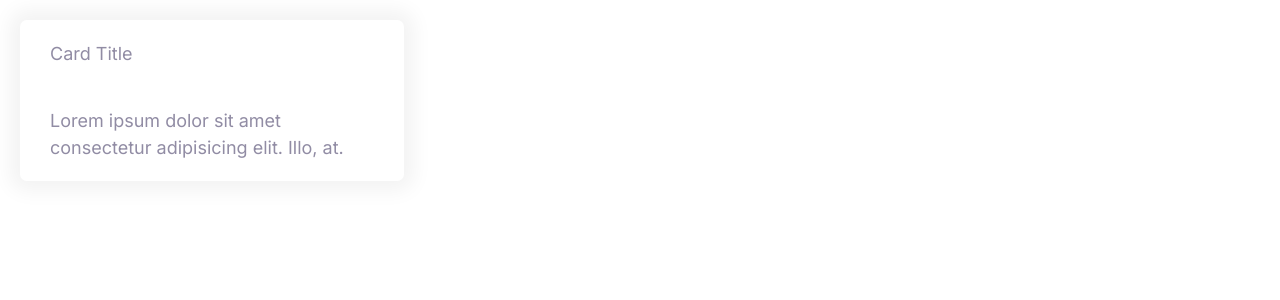
Repository: Qiwenweiii/CodeWithMosh
Page: index.html
These files come from the project's save history. The page is drawn as it stood at one moment and after the next save; the edit follows.
The browser window is 1280 px wide. The pictures show the whole page.

Above is the page before, as saved 2021-11-11 21:55:25.

After the next save:
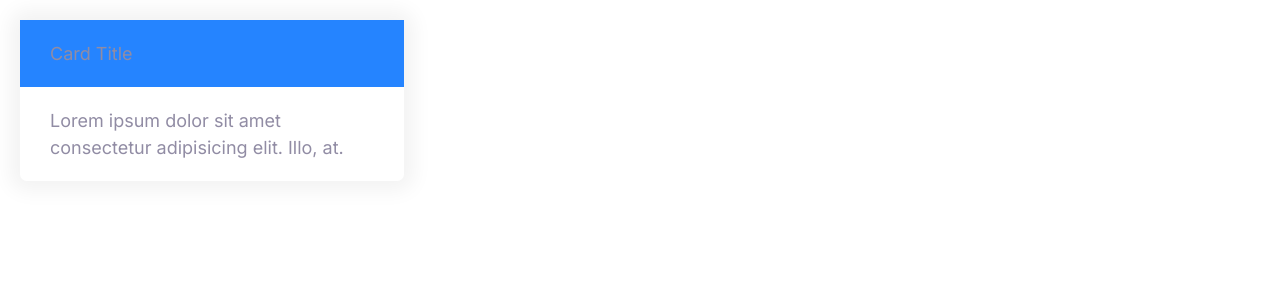
Saved 37 s later.
--- a/styles/styles.css
+++ b/styles/styles.css
@@ -317,3 +317,7 @@ a {
 .card__body {
     padding: 2rem 3rem;
 }
+
+.card--primary .card__header {
+    background-color: var(--color-primary);
+}
